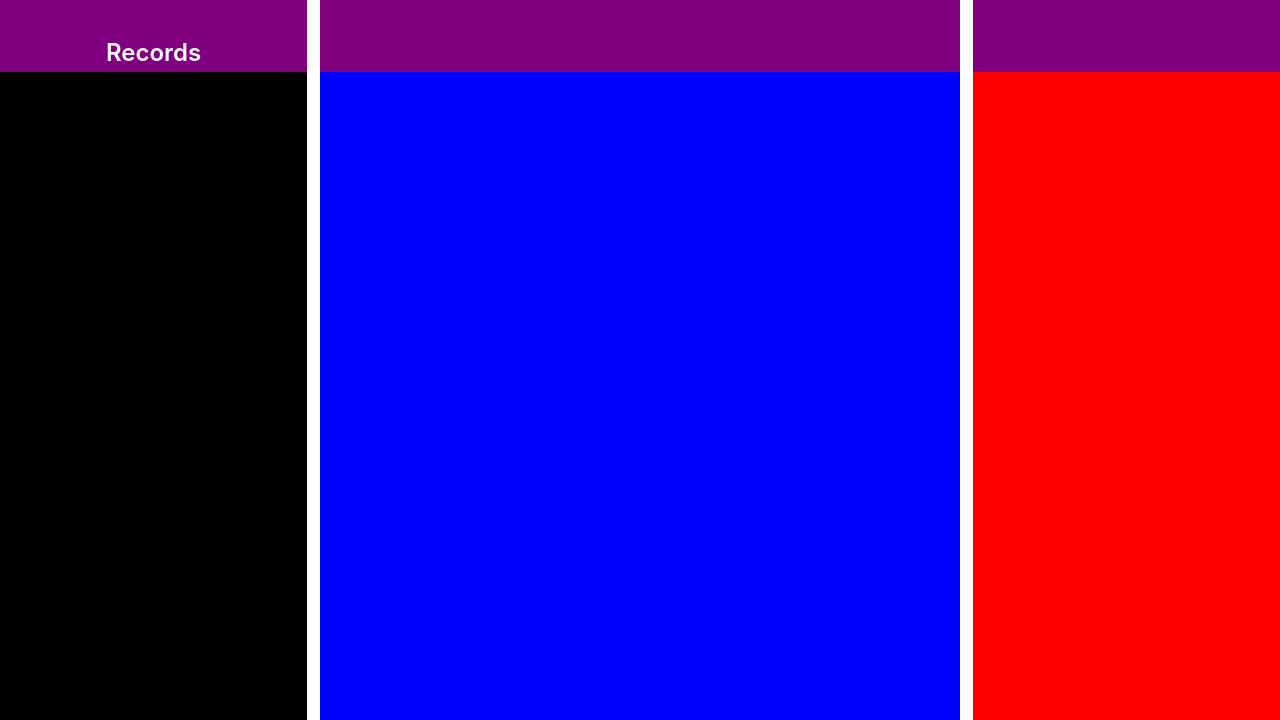
Repository: napan24/classforma_assignment
Page: / (app in client/)
An editor plug-in stored every save of this project. The page is shown before and after a run of saves, followed by the edit.
The browser window is 1280 px wide. The pictures show the whole page.
The project was rebuilt for these pictures with package versions that can differ from the ones it lists, and the page was loaded fresh each time. Also part of the build but not shown: client/src/App.css.

Above is the page before, as saved 2022-07-19 16:31:43.

After the next 3 saves:
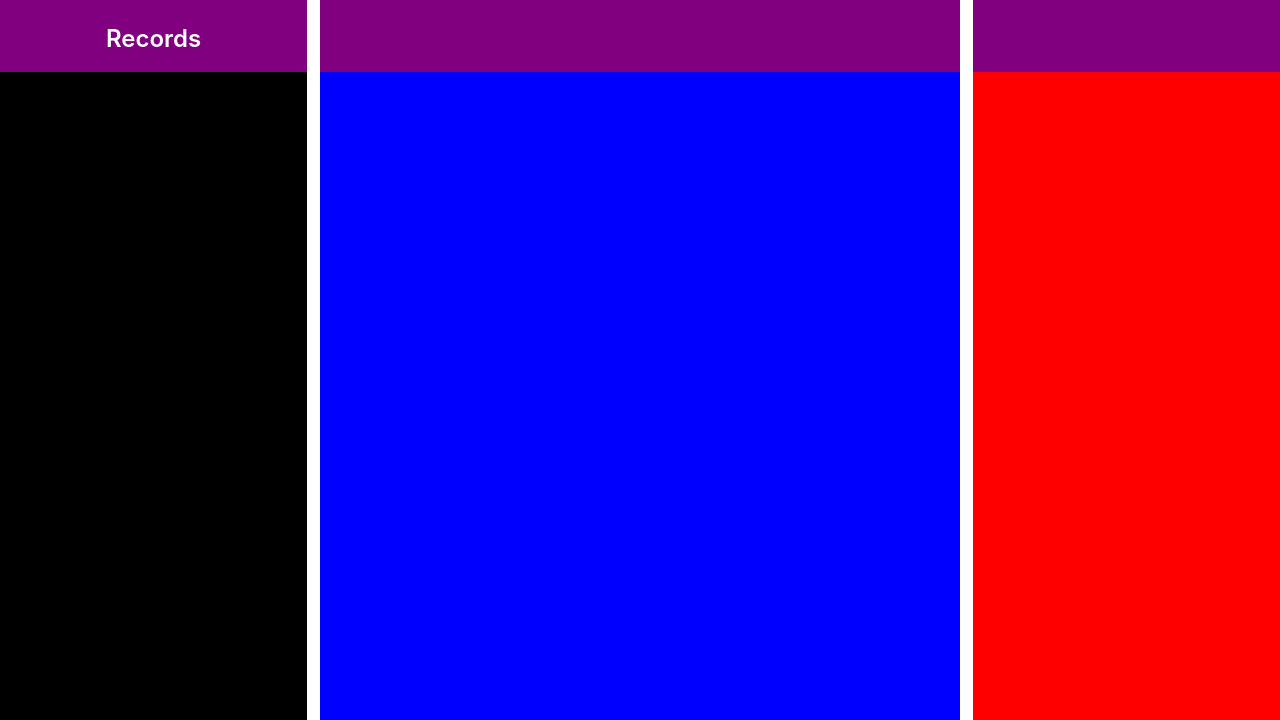
The 3 saves are shown as one change because they came seconds apart.
The last was saved 10 s later.
--- a/client/src/Home.js
+++ b/client/src/Home.js
@@ -6,7 +6,7 @@ const Home = () => {
             <div style={{ display: 'flex', width: "100vw", height: "100vh"}}>
                 <div style={{ width: "24vw", height: "100vh", backgroundColor: "black",marginRight:"1vw" }}>
                     <div style={{ width: "24vw", height: "10vh", backgroundColor: "purple",textAlign:'center',fontSize:'150%',color:"white",fontWeight:"600",position:"fixed" }}>
-                        <p style={{paddingTop:"2vh"}}>
+                        <p style={{paddingTop:"-2vh"}}>
                         Records
                         </p>
                     </div>

After the save that followed:
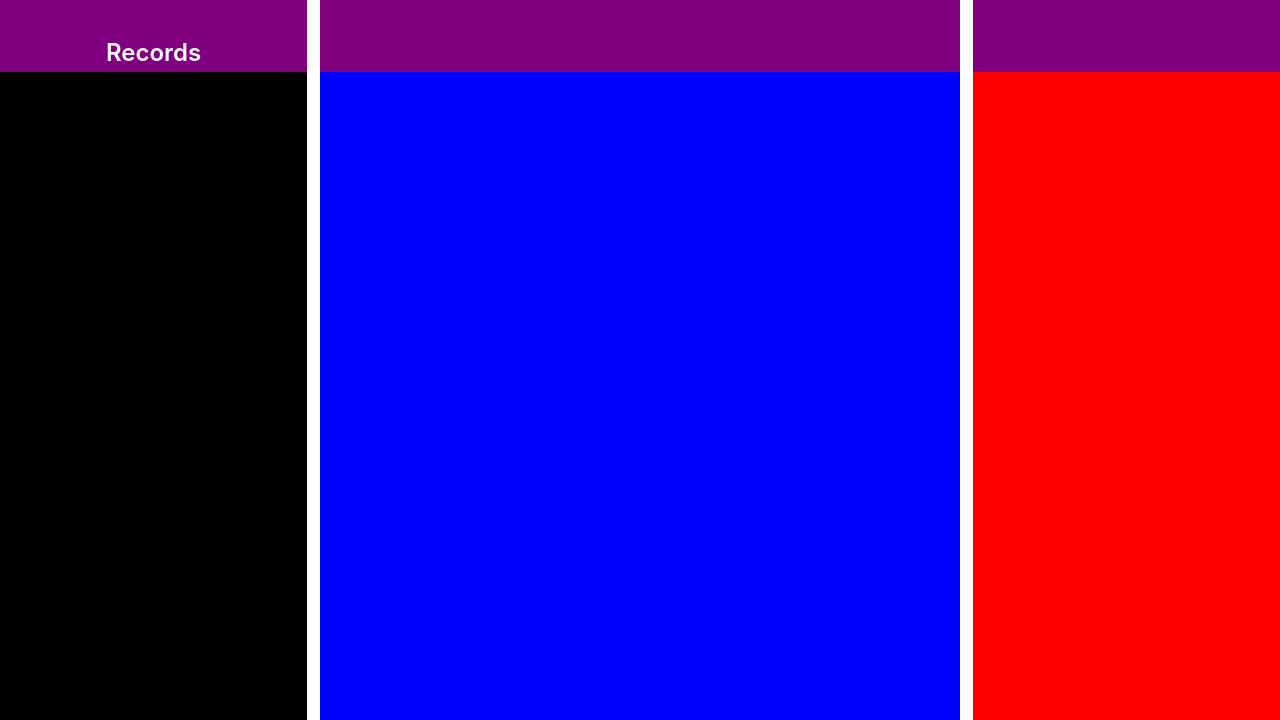
Saved 6 s later.
--- a/client/src/Home.js
+++ b/client/src/Home.js
@@ -6,7 +6,7 @@ const Home = () => {
             <div style={{ display: 'flex', width: "100vw", height: "100vh"}}>
                 <div style={{ width: "24vw", height: "100vh", backgroundColor: "black",marginRight:"1vw" }}>
                     <div style={{ width: "24vw", height: "10vh", backgroundColor: "purple",textAlign:'center',fontSize:'150%',color:"white",fontWeight:"600",position:"fixed" }}>
-                        <p style={{paddingTop:"-2vh"}}>
+                        <p style={{paddingTop:"2vh"}}>
                         Records
                         </p>
                     </div>
